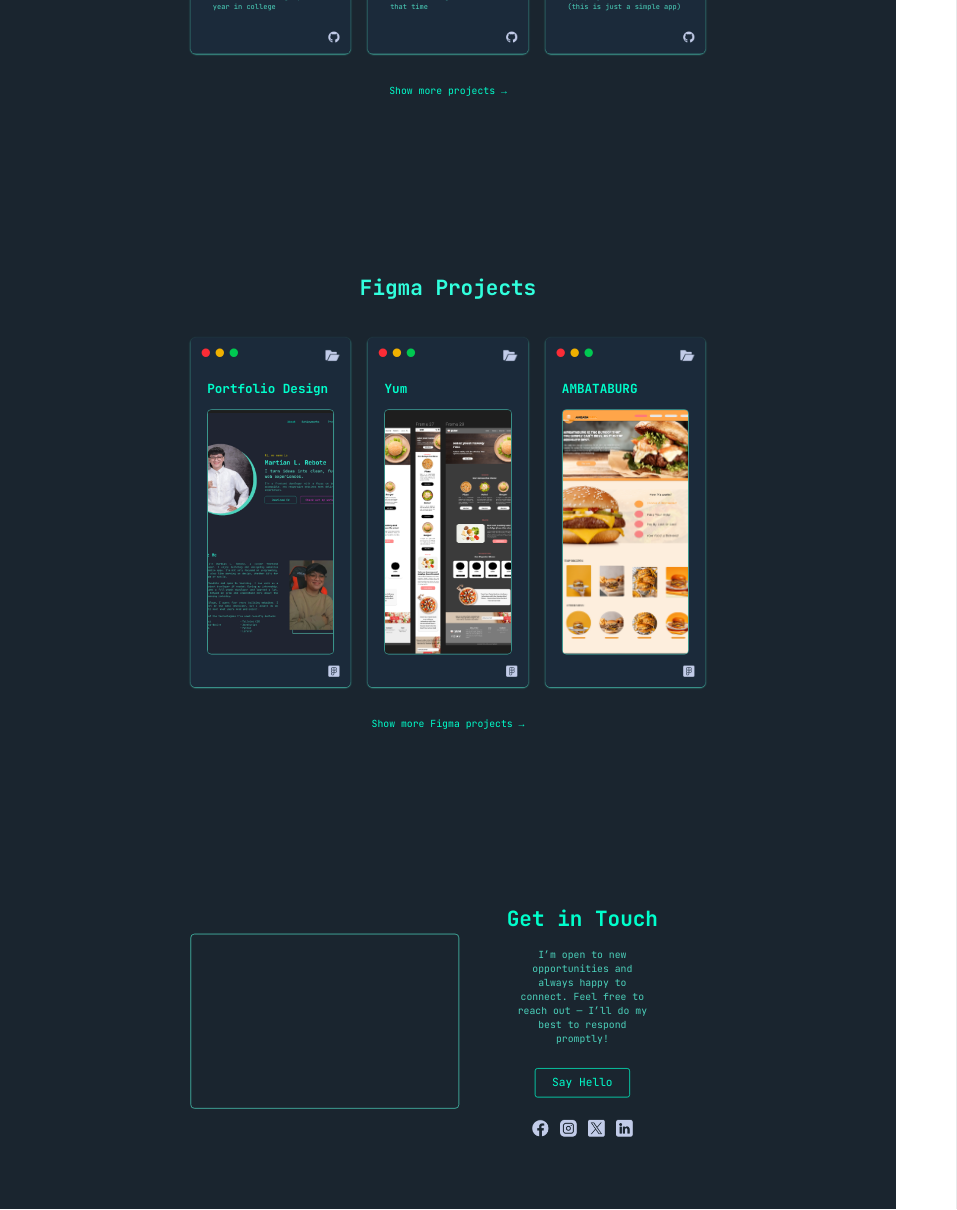
Repository: m4rsu-code/Portfolio
Page: / (app in my-portfolio/)
These files come from the project's save history. The page is drawn as it stood at one moment and after a run of saves; the edit follows.
The browser window is 1280 px wide. The page is 1367 px wide, so the pictures cover 1367 px, including what lies to the right of the window. The pictures show the part of the page from y = 3307 to 5067 px (the page is 5035 px tall before and 5067 px after), at 70% of full size.
The project was rebuilt for these pictures with package versions that can differ from the ones it lists, and the page was loaded fresh each time. Also part of the build but not shown: my-portfolio/vite.config.js, my-portfolio/src/assets/components/Modal/AchievementModal.jsx, my-portfolio/src/AchievementsPage.jsx, my-portfolio/src/ProjectPage.jsx, my-portfolio/src/FigmaProjectsPage.jsx.

Above is the page before, as saved 2025-08-04 18:25:55.

### my-portfolio/src/main.jsx
import { StrictMode } from "react";
import { createRoot } from "react-dom/client";
import { BrowserRouter as Router, Routes, Route } from "react-router-dom";
import "./assets/CSS/index.css";
import App from "./App.jsx";
import AchievementsPage from "./AchievementsPage.jsx";
import ProjectPage from "./ProjectPage.jsx";
import FigmaProjectsPage from "./FigmaProjectsPage.jsx";
import ScrollToTop from "./assets/components/ScrollToTop.jsx";

createRoot(document.getElementById("root")).render(
  <StrictMode>
    <Router>
      <ScrollToTop />
      <Routes>
        <Route path="/" element={<App />} />
        <Route path="/achievements" element={<AchievementsPage />} />
        <Route path="/projects" element={<ProjectPage />} />
        <Route path="/figma-projects" element={<FigmaProjectsPage />} />
      </Routes>
    </Router>
  </StrictMode>
);

### my-portfolio/src/assets/CSS/index.css
@import "tailwindcss";

@layer base {
  .font-jetbrains-mono {
    font-family: 'JetBrains Mono', monospace;
  }
}

### my-portfolio/src/App.jsx
import { useState } from 'react';
import { Link } from 'react-router-dom';
import Navbar from './assets/components/Navbar';
import AchievementModal from './assets/components/Modal/AchievementModal';
import './assets/CSS/animation.css';
import { achievements, projects, figmaProjects } from './assets/components/data';
import ScrollToTopButton from './assets/components/ScrollToTopButton';

function App() {
  const [isModalOpen, setIsModalOpen] = useState(false);
  const [selectedAchievement, setSelectedAchievement] = useState(null);

  const openModal = (achievement) => {
    setSelectedAchievement(achievement);
    setIsModalOpen(true);
  };

  const closeModal = () => {
    setIsModalOpen(false);
    setSelectedAchievement(null);
  };

  return (
    <div className='min-h-screen bg-[#1A252F]'>
      <Navbar />
      <ScrollToTopButton />
      <div className='w-full px-60 py-10'>
        {/* Introduction Section */}
        <div className="flex flex-col items-center justify-center mt-30">
          <div className="flex flex-col md:flex-row items-center justify-center gap-35 px-8 py-16">
            {/* Image with Glowing Effect */}
            <div className="relative">
              <div className="rounded-full border-[2px] border-[#00FFCC] overflow-hidden w-[500px] h-[500px] animate-glow">
                <img
                  src="/Images/me.png"
                  alt="Martian L. Rebote"
                  className="object-cover w-full h-full"
                />
              </div>
            </div>

            {/* Text Content */}
            <div className="text-center md:text-left font-jetbrains-mono">
              <div className='w-full md:w-[750px]'>
                <p className="text-[#FFEA00] text-[18px]">Hi, my name is</p>
                <h1 className="text-[#00FFCC] text-[45px] font-bold mt-2">Martian L. Rebote</h1>
                <p className="text-base text-[30px] font-bold text-[#57CDB9] mt-4">
                  I turn ideas into clean, functional web experiences.
                </p>
                <p className="mt-4 text-[#4CD2BC] leading-relaxed text-[18px]">
                  I’m a frontend developer with a focus on building fast, accessible, and responsive websites that deliver great user experiences.
                </p>
              </div>

              <div className="mt-6 flex flex-col sm:flex-row items-center gap-4">
                <a href="/Martian_Rebote_CV.pdf" className="border border-[#00FFCC] px-5 py-2 rounded-md text-[#00FFCC] hover:bg-[#00FFCC] hover:text-black transition-colors">
                  Download CV
                </a>
                <a href="#projects" className="border border-[#FF38E5] px-5 py-2 rounded-md text-[#FF38E5] hover:bg-[#FF38E5] hover:text-black transition-colors">
                  Check out my work!
                </a>
              </div>
            </div>
          </div>
        </div>

        {/* About Me Section */}
        <div id="about" className="flex flex-col mt-30">
          <div className='flex flex-col md:flex-row items-center justify-between gap-10 px-8 py-16'>
            <div className='w-full md:w-[800px] text-left font-jetbrains-mono'>
              <h2 className='text-[#31FFDD] text-[30px] font-bold mb-7'>About Me</h2>
              <div className='w-full md:w-[900px] text-justify px-5'>
                <p className='text-[#4CD2BC] text-[18px] mt-4'>
                  Hi, I’m Martian L. Rebote, a junior frontend developer. I enjoy building and designing websites and mobile apps. I’m not only focused on programming, but I also like working on design, whether it’s for the web or mobile.
                </p>
                <p className='text-[#4CD2BC] text-[18px] mt-4'>
                  I’m flexible and open to learning. I can work as a full-stack developer if needed. During my internship, I became a full-stack developer and learned a lot, which helped me grow and understand more about the programming industry.
                </p>
                <p className='text-[#4CD2BC] text-[18px] mt-4'>
                  Some of the technologies I’ve used recently include:
                </p>

                <div className='flex flex-col sm:flex-row gap-10 mt-4'>
                  <ul className='text-[#4CD2BC] text-[18px] mt-2 list-disc pl-5'>
                    <li>React</li>
                    <li>React-Native</li>
                    <li>HTML</li>
                    <li>CSS</li>
                  </ul>
                  <ul className='text-[#4CD2BC] text-[18px] mt-2 list-disc pl-5'>
                    <li>Tailwind CSS</li>
                    <li>JavaScript</li>
                    <li>Python</li>
                    <li>Laravel</li>
                  </ul>
                </div>
              </div>
            </div>

            <div className="relative image-container w-[380px] h-[450px] group cursor-pointer">
              <div className="absolute left-5 w-full h-full border-3 border-[#00FFCC] rounded-[10px] uneven-box z-0 transition-transform duration-300 ease-in-out"></div>
              <div className="relative z-10 rounded-[10px] overflow-hidden w-full h-full transition-transform duration-300 ease-in-out group-hover:translate-x-[-10px] group-hover:translate-y-[-10px]">
                <img
                  src="/Images/me2.jpg"
                  alt="Martian L. Rebote"
                  className="object-cover w-full h-full"
                />
              </div>
            </div>
          </div>
        </div>

        {/* Achievements Section */}
        <div id="achievements" className="flex flex-col mt-30 px-8 py-16 font-jetbrains-mono">
          <h2 className="text-[#31FFDD] text-[30px] font-bold mb-12">Notable Achievements</h2>

          {/* Cards Grid - Limited to first 2 achievements */}
          <div>
            {/* First Row */}
            <div className="grid md:grid-cols-2 gap-10">
              {/* Left card (code-like box with image) */}
              <div className="bg-[#1B2A3A] rounded-lg p-4 flex flex-col h-96">
                <div className="flex gap-2 mb-4">
                  <div className="w-3 h-3 bg-red-500 rounded-full"></div>
                  <div className="w-3 h-3 bg-yellow-500 rounded-full"></div>
                  <div className="w-3 h-3 bg-green-500 rounded-full"></div>
                </div>
                <div
                  className="border border-[#4CD2BC] rounded-md flex-grow overflow-hidden group cursor-pointer"
                  onClick={() => openModal(achievements[0])}
                >
                  <img
                    src={achievements[0].image}
                    alt="Achievement Image"
                    className="w-full h-full object-cover transition-transform duration-300 ease-in-out group-hover:scale-110"
                  />
                </div>
              </div>

              {/* Right card (trophy + achievement with text) */}
              <div className="flex flex-col h-64">
                <p className="text-[#31FFDD] text-sm mb-2">Featured Achievement</p>
                <h3 className="text-[#31FFDD] text-lg font-bold flex items-center gap-2">
                  🏆 {achievements[0].title}
                </h3>
                <div className="border border-[#4CD2BC] rounded-md flex-grow mt-4 p-4 text-[#4CD2BC] text-sm overflow-auto">
                  {achievements[0].description}
                </div>
                <p className="text-[#4CD2BC] text-sm mt-2">Date: {achievements[0].date}</p>
              </div>
            </div>

            {/* Second Row */}
            <div className="grid md:grid-cols-2 gap-10 mt-10">
              {/* Left card (trophy + achievement with text) */}
              <div className="flex flex-col h-64">
                <p className="text-[#31FFDD] text-sm mb-2">Featured Achievement</p>
                <h3 className="text-[#31FFDD] text-lg font-bold flex items-center gap-2">
                  🏆 {achievements[1].title}
                </h3>
                <div className="border border-[#4CD2BC] rounded-md flex-grow mt-4 p-4 text-[#4CD2BC] text-sm overflow-auto">
                  {achievements[1].description}
                </div>
                <p className="text-[#4CD2BC] text-sm mt-2">Date: {achievements[1].date}</p>
              </div>

              {/* Right card (code-like box with image) */}
              <div className="bg-[#1B2A3A] rounded-lg p-4 flex flex-col h-96">
                <div className="flex gap-2 mb-4">
                  <div className="w-3 h-3 bg-red-500 rounded-full"></div>
                  <div className="w-3 h-3 bg-yellow-500 rounded-full"></div>
                  <div className="w-3 h-3 bg-green-500 rounded-full"></div>
                </div>
                <div
                  className="border border-[#4CD2BC] rounded-md flex-grow overflow-hidden group cursor-pointer"
                  onClick={() => openModal(achievements[1])}
                >
                  <img
                    src={achievements[1].image}
                    alt="Achievement Image"
                    className="w-full h-full object-cover transition-transform duration-300 ease-in-out group-hover:scale-110"
                  />
                </div>
              </div>
            </div>
          </div>

          {/* Show more link */}
          <div className="text-center mt-10">
            <Link
                to="/achievements"
                state={{ achievements }}
                className="text-[#31FFDD] text-sm hover:underline"
              >
                Show more achievements →
              </Link>
          </div>
        </div>

        {/* Project Section */}
        <div id='projects' className="flex flex-col mt-30 px-8 py-16 font-jetbrains-mono">
          <h2 className="text-[#31FFDD] text-[30px] text-center font-bold mb-12">Featured Projects</h2>
          <div className="grid grid-cols-1 sm:grid-cols-2 lg:grid-cols-3 gap-6">
            {projects.slice(0, 6).map((project) => (
              <div
                key={project.id}
                className="bg-[#1B2A3A] rounded-lg p-4 flex flex-col h-48 relative group shadow-xs shadow-[#4CD2BC] cursor-pointer transform transition-transform duration-300 ease-in-out hover:-translate-y-2"
              >
                <div className="flex gap-2">
                  <div className="w-3 h-3 bg-red-500 rounded-full"></div>
                  <div className="w-3 h-3 bg-yellow-500 rounded-full"></div>
                  <div className="w-3 h-3 bg-green-500 rounded-full"></div>
                  <div className="justify-end ml-auto">
                    <img src="/Images/open-folder.png" alt="Folder Icon" className="w-5 h-5" />
                  </div>
                </div>
                <div className="text-left rounded-md flex-grow p-4">
                  <h3 className="text-[#00FFCC] text-[18px] font-bold mb-2">{project.title}</h3>
                  <p className="text-[#4CD2BC] text-[10px]">{project.description}</p>
                </div>
                <div className="flex justify-end gap-2">
                  {project.githubLink ? (
                    <a href={project.githubLink} target="_blank" rel="noopener noreferrer" aria-label={`View ${project.title} on GitHub`}>
                      <img
                        src="/Images/github.png"
                        alt="GitHub Icon"
                        className="w-4 h-4 hover:invert hover:brightness-0 hover:sepia hover:saturate-[100%]"
                      />
                    </a>
                  ) : (
                    <img
                      src="/Images/github.png"
                      alt="GitHub Icon"
                      className="w-4 h-4 hover:invert hover:brightness-0 hover:sepia hover:saturate-[100%]"
                    />
                  )}
                  {project.title === 'Portfolio' && project.link && (
                    <a href={project.link} target="_blank" rel="noopener noreferrer" aria-label="View Portfolio Website">
                      <img
                        src="/Images/link.png"
                        alt="Link Icon"
                        className="w-4 h-4 hover:invert hover:brightness-0 hover:sepia hover:saturate-[100%]"
                      />
                    </a>
                  )}
                </div>
              </div>
            ))}
          </div>

          {projects.length > 6 && (
            <div className="text-center mt-10">
              <Link
                to="/projects"
                state={{ projects }}
                className="text-[#00FFCC] text-sm hover:underline"
              >
                Show more projects →
              </Link>
            </div>
          )}
        </div>

        {/* Figma Projects Section */}
        <div className="flex flex-col mt-30 px-8 py-16 font-jetbrains-mono">
          <h2 className="text-[#31FFDD] text-[30px] text-center font-bold mb-12">Figma Projects</h2>
          <div className="grid grid-cols-1 sm:grid-cols-2 lg:grid-cols-3 gap-6">
            {figmaProjects.slice(0, 3).map((project) => (
              <div
                key={project.id}
                className="bg-[#1B2A3A] rounded-lg p-4 flex flex-col h-[500px] relative group shadow-xs shadow-[#4CD2BC] cursor-pointer transform transition-transform duration-300 ease-in-out hover:-translate-y-2"
              >
                {/* Header with window controls and folder icon */}
                <div className="flex gap-2 mb-4">
                  <div className="w-3 h-3 bg-red-500 rounded-full"></div>
                  <div className="w-3 h-3 bg-yellow-500 rounded-full"></div>
                  <div className="w-3 h-3 bg-green-500 rounded-full"></div>
                  <div className="justify-end ml-auto">
                    <img src="/Images/open-folder.png" alt="Folder Icon" className="w-5 h-5" />
                  </div>
                </div>

                {/* Project Title */}
                <div className="flex items-start justify-start p-2">
                  <h3 className="text-[#00FFCC] text-[18px] font-bold">{project.title}</h3>
                </div>

                {/* Image with Border and No Overlap */}
                <div className="flex-grow flex items-center justify-center p-2">
                  <div className="border border-[#4CD2BC] rounded-md w-full h-[350px] overflow-hidden ">
                    <img
                      src={project.image}
                      alt={`${project.title} Image`}
                      className="w-full h-full object-cover"
                      onError={(e) => (e.target.src = '/Images/fallback.png')}
                      loading="lazy"
                    />
                  </div>
                </div>

                {/* Figma Link */}
                <div className="flex justify-end gap-2 mt-2">
                  {project.figmaLink && (
                    <a
                      href={project.figmaLink}
                      target="_blank"
                      rel="noopener noreferrer"
                      aria-label={`View ${project.title} on Figma`}
                    >
                      <img
                        src="/Images/figma.png"
                        alt="Figma Icon"
                        className="w-4 h-4 hover:invert hover:brightness-0 hover:sepia hover:saturate-[100%]"
                      />
                    </a>
                  )}
                </div>
              </div>
            ))}
          </div>
          {figmaProjects.length > 3 && (
            <div className="text-center mt-10">
              <Link
                to="/figma-projects"
                state={{ figmaProjects }}
                className="text-[#00FFCC] text-sm hover:underline"
              >
                Show more Figma projects →
              </Link>
            </div>
          )}
        </div>

        {/* Contact section */}
        <div className="flex flex-col mt-30 px-8 py-16 font-jetbrains-mono">
          <div className="flex  items-center justify-center w-full">

            {/* Left side — the outlined box */}
            <div className="border border-[#4CD2BC] md:w-[800px] md:h-[250px] rounded-md"></div>

            {/* Right side — text, button, and icons */}
            <div className="w-full text-center ">
              <h2 className="text-[#00FFCC] text-2xl md:text-3xl font-bold mb-6">Get in Touch</h2>
              <p className="text-[#4CD2BC] text-sm  mb-8 px-20">
                I’m open to new opportunities and always happy to connect. Feel free to reach out — I’ll do my best to respond promptly!
              </p>
              <button className="border border-[#00FFCC] text-[#00FFCC] px-6 py-2 rounded hover:bg-[#00FFCC] hover:text-[#131A26] transition duration-300 mb-8 cursor-pointer">
                Say Hello
              </button>

              {/* Social icons */}
              <div className="flex items-center justify-center md:justify-center gap-4">
                <a href="#" className="hover:text-[#00FFCC]">
                  <img src="/Images/facebook.png" alt="" className='w-6 h-6 hover:invert hover:brightness-0 hover:sepia hover:saturate-[100%]'/>
                </a>
                <a href="#" className="hover:text-[#00FFCC]">
                  <img src="/Images/instagram.png" alt="" className='w-6 h-6 hover:invert hover:brightness-0 hover:sepia hover:saturate-[100%]'/>
                </a>
                <a href="#" className="hover:text-[#00FFCC]">
                  <img src="/Images/twitter.png" alt="" className='w-6 h-6 hover:invert hover:brightness-0 hover:sepia hover:saturate-[100%]'/>
                </a>
                <a href="#" className="hover:text-[#00FFCC]">
                  <img src="/Images/linkedin.png" alt="" className='w-6 h-6 hover:invert hover:brightness-0 hover:sepia hover:saturate-[100%]'/>
                </a>
              </div>
            </div>
          </div>
        </div>


        {/* Modal */}
        {isModalOpen && selectedAchievement && (
          <AchievementModal
            image={selectedAchievement.image}
            title={selectedAchievement.title}
            description={selectedAchievement.description}
            date={selectedAchievement.date}
            onClose={closeModal}
          />
        )}
      </div>
    </div>
  );
}

export default App;

### my-portfolio/src/assets/components/ScrollToTop.jsx
import { useEffect } from 'react';
import { useLocation } from 'react-router-dom';

const ScrollToTop = () => {
  const { pathname } = useLocation();

  useEffect(() => {
    // Scrolls to the top of the window on pathname change
    window.scrollTo(0, 0);
  }, [pathname]);

  return null;
};

export default ScrollToTop;

### my-portfolio/src/assets/components/Navbar.jsx
import React from 'react';
import '../CSS/Navbar.css'; // Import the CSS for styling

function Navbar() {
  return (
    <nav className="w-full px-10 py-4 flex justify-between items-center fixed top-0 left-0 z-50 bg-transparent backdrop-blur-md font-jetbrains-mono">
      {/* Logo on the left */}
      <a href="/" className='text-3xl font-bold text-[#FF38E5] cursor-pointer'>m4rsu</a>
      {/* Navigation links on the right */}
      <div className='flex gap-10 text-base'>
        <a href='#about' className='text-[#31FFDD] text-[15px] font-light nav-link'>About</a>
        <a href='#achievements' className='text-[#31FFDD] text-[15px] font-light nav-link'>Achievements</a>
        <a href='#projects' className='text-[#31FFDD] text-[15px] font-light nav-link'>Projects</a>
        <a href='#contact' className='text-[#31FFDD] text-[15px] font-light nav-link'>Contact</a>
      </div>
    </nav>
  );
}

export default Navbar;

### my-portfolio/src/assets/CSS/animation.css
@keyframes glow {
  0% {
    box-shadow: 0 0 5px #00FFCC, 0 0 10px #00FFCC, 0 0 15px #00FFCC, 0 0 20px #00FFCC;
  }
  50% {
    box-shadow: 0 0 10px #00FFCC, 0 0 20px #00FFCC, 0 0 30px #00FFCC, 0 0 40px #00FFCC;
  }
  100% {
    box-shadow: 0 0 5px #00FFCC, 0 0 10px #00FFCC, 0 0 15px #00FFCC, 0 0 20px #00FFCC;
  }
}

@keyframes glow {
  0% {
    box-shadow: 0 0 5px #00FFCC, 0 0 10px #00FFCC;
  }
  50% {
    box-shadow: 0 0 15px #00FFCC, 0 0 25px #00FFCC;
  }
  100% {
    box-shadow: 0 0 5px #00FFCC, 0 0 10px #00FFCC;
  }
}

.animate-glow {
  animation: glow 2s ease-in-out infinite;
}

.uneven-box {
  transform: translateY(20px); /* move it downward initially */

  transition: transform 0.3s ease-in-out;
}

.image-container:hover .uneven-box {
  transform: translateY(30px); /* move it further down on hover */
}

### my-portfolio/src/assets/CSS/Navbar.css
.nav-link {
  position: relative;
  text-decoration: none;
}

.nav-link::after {
  content: '';
  position: absolute;
  width: 100%;
  height: 2px;
  bottom: -2px;
  left: 0;
  background-color: #31FFDD;
  transform: scaleX(0);
  transform-origin: bottom right;
  transition: transform 0.3s ease-in-out;
}

.nav-link:hover::after {
  transform: scaleX(1);
  transform-origin: bottom left;
}

Loaded but not shown: my-portfolio/index.html (common file); my-portfolio/src/assets/components/data.jsx (105 lines, source omitted); my-portfolio/src/assets/components/ScrollToTopButton.jsx (68 lines, source omitted)

After the next 3 saves:
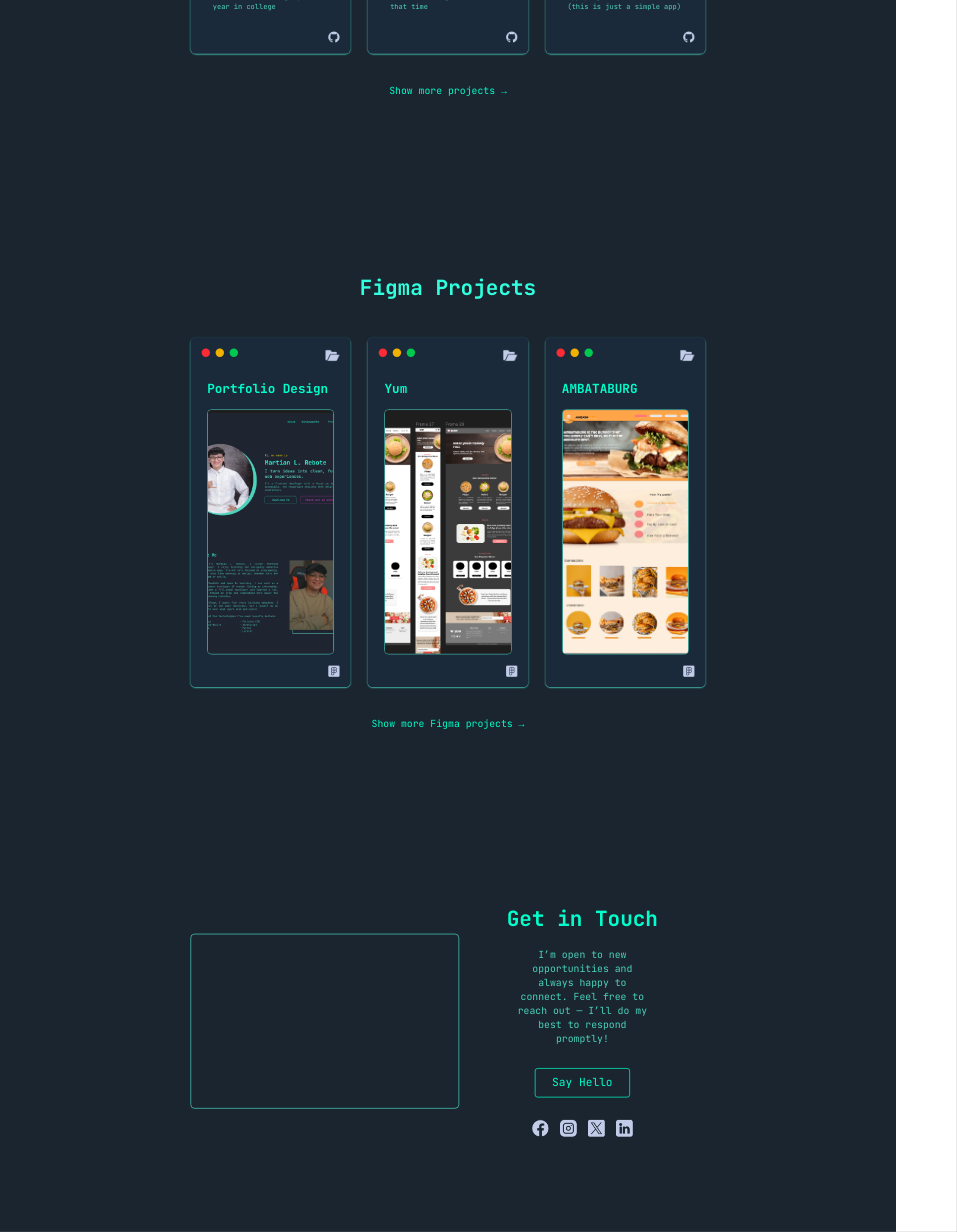
The 3 saves are shown as one change because 2 did not build or start.
The last was saved 81 s later.
--- a/my-portfolio/src/App.jsx
+++ b/my-portfolio/src/App.jsx
@@ -367,6 +367,9 @@ function App() {
           </div>
         </div>
 
+        {/* Footer */}
+        <footer className="text-center text-[#4CD2BC] text-sm py-4"></footer>
+
 
         {/* Modal */}
         {isModalOpen && selectedAchievement && (
